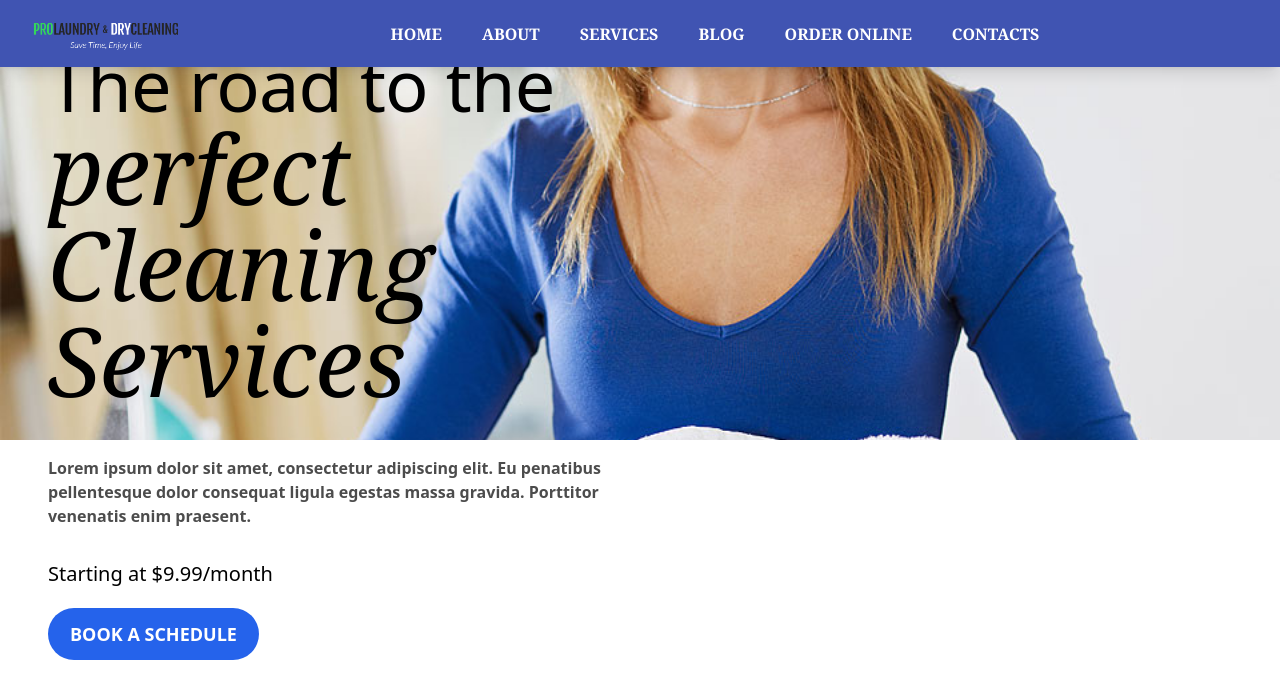
Repository: remydev47/smartlaundry
Page: /
An editor plug-in stored every save of this project. The page is shown before and after the next save, followed by the edit.
The browser window is 1280 px wide. The pictures show the whole page.
The project was rebuilt for these pictures with package versions that can differ from the ones it lists, and the page was loaded fresh each time. The framework's server and built-in components were replaced by stand-ins that run in the browser. Also part of the build but not shown: next.config.js, components/Services.tsx, components/Steps.tsx, components/Commercial.tsx, components/Prices.tsx, components/Banner.tsx, components/Reasons.tsx, components/Testimonial.tsx and 2 more.

Above is the page before, as saved 2022-10-24 15:11:09.

After the next save:
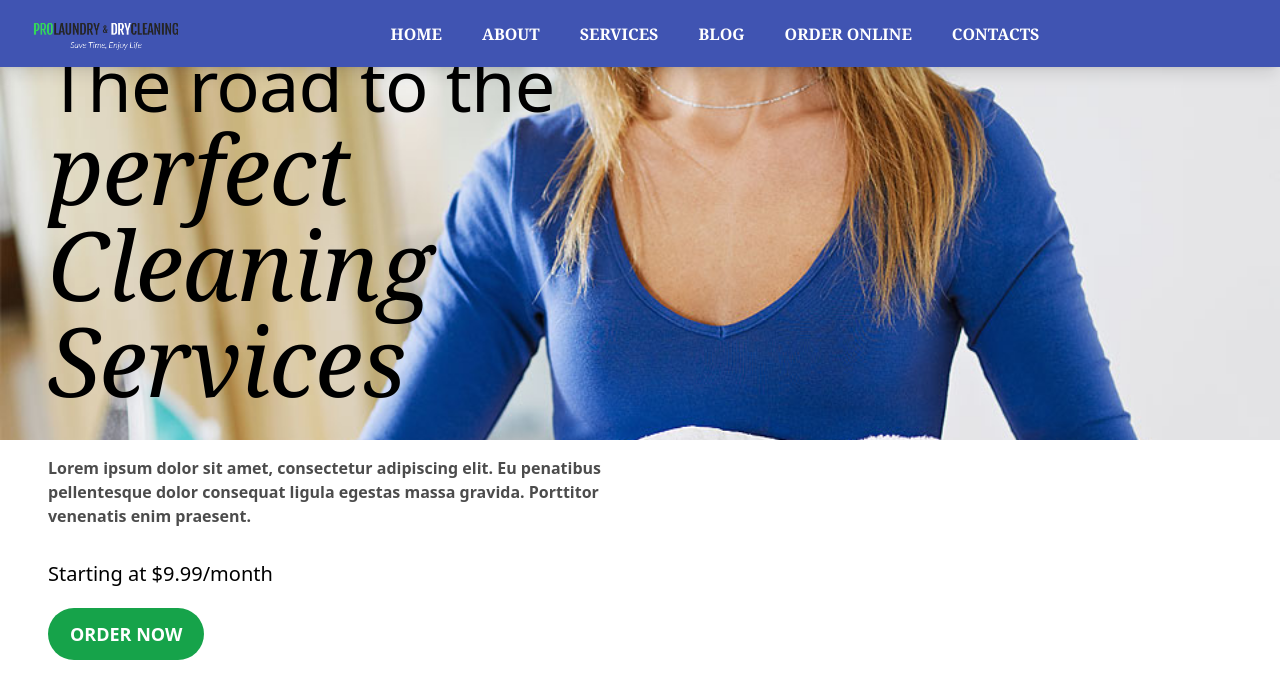
Saved 32 s later.
--- a/components/Hero.tsx
+++ b/components/Hero.tsx
@@ -38,7 +38,7 @@
                      border-2 border-transparent
                      rounded-full
                      sm:leading-8
-                     bg-blue-600
+                     bg-green-600
                      sm:text-lg
                      text-white
                      hover:bg-opacity-90
@@ -46,7 +46,7 @@
                  "
                  role="button"
              >
-                 BOOK A SCHEDULE
+                 ORDER NOW
              </a>
 
 
